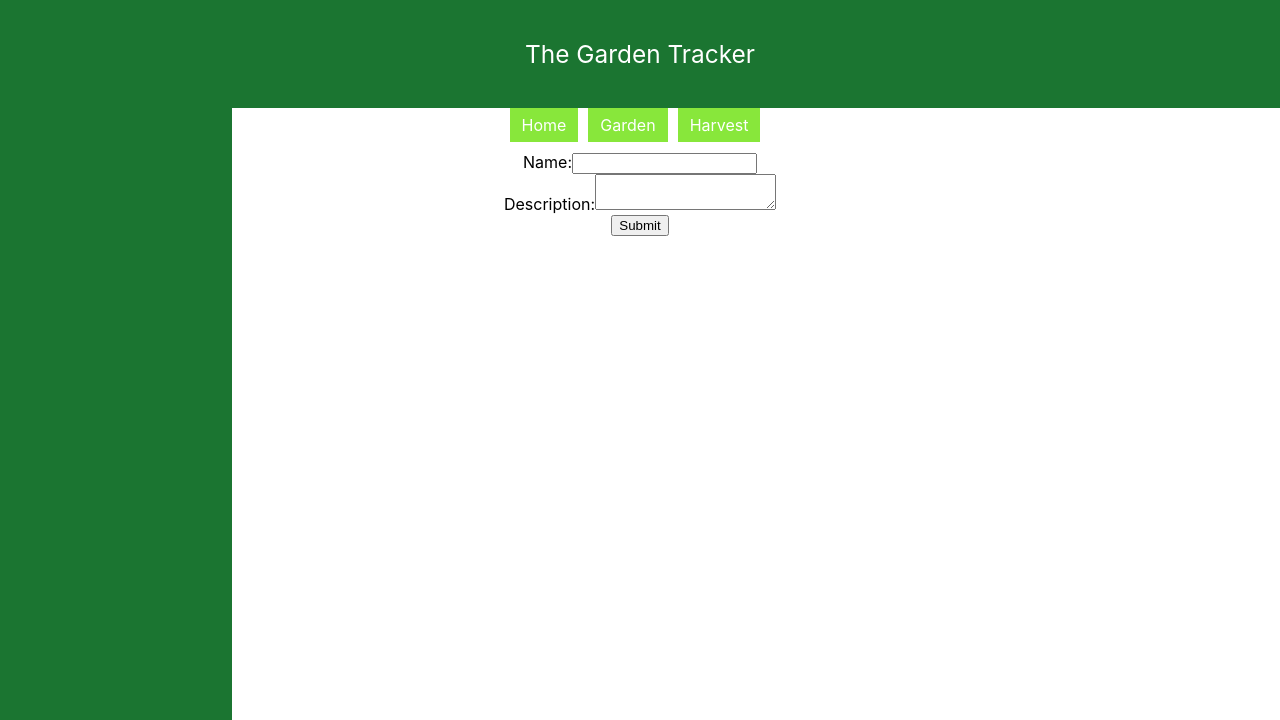
Repository: charliejp0311/ReactReduxFinal
Page: /garden (app in gardentracker/)
An editor plug-in stored every save of this project. The page is shown before and after the next save, followed by the edit.
The browser window is 1280 px wide. The pictures show the whole page.
The page's requests for data from a server got no answer. The project was rebuilt for these pictures with package versions that can differ from the ones it lists, and the page was loaded fresh each time. No one was signed in, and anything a server would have sent is missing. Also part of the build but not shown: gardentracker/src/containers/GardenbookContainer.js, gardentracker/src/components/GardenPlant.js, gardentracker/src/components/HarvestPlant.js, gardentracker/src/containers/HarvestContainer.js, gardentracker/src/components/UpdatePlantForm.js, gardentracker/src/components/NoteForm.js, gardentracker/src/components/noteList.js, gardentracker/src/containers/PlantContainer.js and 1 more.

Above is the page before, as saved 2020-11-12 10:57:03.

### gardentracker/src/index.js
import React from 'react';
import ReactDOM from 'react-dom';
//style
import './index.css';
//APP
import App from './containers/App';
//Reducer
import reducer from './redux/index'
//router
import { BrowserRouter } from "react-router-dom";
//store and middleware
import { Provider } from 'react-redux';
import { applyMiddleware, createStore } from 'redux';
import { composeWithDevTools } from 'redux-devtools-extension';
import thunk from 'redux-thunk';

const store = createStore(reducer, composeWithDevTools(
  applyMiddleware(thunk),
));


ReactDOM.render(
  <Provider store={store}>
    <BrowserRouter>
      <App />
    </BrowserRouter>
  </Provider>,
  document.getElementById('root')
);

### gardentracker/src/containers/App.js
import React,{Component} from 'react';
import '../App.css';
import { connect } from 'react-redux';
import {startSetGardenbook} from '../redux/actions';
import {Switch,Route} from 'react-router-dom';
import GardenbookContainer from './GardenbookContainer';
import GardenContainer from './GardenContainer';
import HarvestContainer from './HarvestContainer';
import PlantContainer from './PlantContainer';
import NavBar from '../components/Navbar';
import HarvestedPlant from '../components/HarvestedPlant';

class App extends Component {


  componentDidMount(){
    this.props.startSetGardenbook();

  };

  render(){
    return (
      <div className="App">
          <header className="App-header">
            The Garden Tracker
          </header>
          <NavBar />
          <Switch>
            <Route exact path='/' render={(props)=><GardenbookContainer {...props} />} />
            <Route exact path='/garden' render={(props)=><GardenContainer {...props} />}/>
            <Route exact path='/harvest' render={(props)=><HarvestContainer {...props}/>}/>
            <Route exact path='/plants/:id' render={(props)=><PlantContainer {...props}  />}/>
            <Route exact path='/harvested_plant/:id' render={props=><HarvestedPlant {...props} />} />
          </Switch>
      </div>
    );
  };
}

export default connect(null, {startSetGardenbook})(App);

### gardentracker/src/redux/index.js
import { combineReducers } from 'redux';
import garden from './GardenReducer'

export default combineReducers({
    garden
})

### gardentracker/src/App.css
.App {
  text-align: center;
  transition: margin-left .5s;
}

.App-logo {
  height: 40vmin;
  pointer-events: none;
}

/* @media (prefers-reduced-motion: no-preference) {
  .App-logo {
    animation: App-logo-spin infinite 20s linear;
  }
} */

.App-header {
  background-color: #1b7531;
  min-height: 15vh;
  display: flex;
  flex-direction: column;
  align-items: center;
  justify-content: center;
  font-size: calc(10px + 2vmin);
  color: white;
}
.sidenav {
  display: inline-block;
  height: 100%;
  width: 15%;
  position: fixed;
  z-index: 1;
  top: 0;
  left: 0;
  background-color: #1b7531;
  overflow-x: hidden;
  margin-top: 100px;
  /* padding-top: 1000px; */
  transition: 0.5s;
}

/* The navigation menu links */
.sidenav a {
  padding: 8px 8px 8px 32px;
  text-decoration: none;
  font-size: 25px;
  color: #818181;
  display: block;
  transition: 0.3s;
}

/* When you mouse over the navigation links, change their color */
.sidenav a:hover {
  color: #f1f1f1;
}

/* Position and style the close button (top right corner) */
.sidenav .closebtn {
  position: absolute;
  top: 0;
  right: 25px;
  font-size: 36px;
  margin-left: 50px;
}



/* On smaller screens, where height is less than 450px, change the style of the sidenav (less padding and a smaller font size) */
@media screen and (max-height: 450px) {
  .sidenav {
    padding-top: 15px;
  }

  .sidenav a {
    font-size: 18px;
  }
}

ul {
  list-style: none;
}

.garden div {
  column-count: auto;
  padding: 20px;

}
.App-link {
  color: #beebf8;
}

.garden {
  display: grid;
  grid-template-columns: 3fr;
  grid-template-rows: auto;
  grid-gap: 25px;
  padding-top: 10px;
  padding-bottom: 30px;
}

.plant {
  height: auto;
  width: auto;
  box-shadow: 10px 10px grey;
  padding: 10px;
  border-radius: 10px;
}
.navBar {
  border-bottom: '2px solid black';
  padding-bottom: '10px';
  margin-bottom: '12px';
  background: '#1b7531';
}

.navBar a:link,
.navBar a:visited {
  background-color: #88e73b;
  color: white;
  padding: 7px 12px;
  text-align: center;
  text-decoration: none;
  display: inline-block;
}

.navBar a:hover,
.navBar a:active {
  background-color: #1b7531;
}

@keyframes App-logo-spin {
  from {
    transform: rotate(0deg);
  }
  to {
    transform: rotate(360deg);
  }
}

### gardentracker/src/redux/actions.js

export const startSetGardenbook = () => {
    return(dispatch, getState)=>{
        fetch('http://localhost:3001/gardenbooks/1')
            .then(resp=>resp.json())
            .then(data=> dispatch(setGardenbook(data)))
    };
};

export const startAddPlant = (plantData={}) => {
    const {name,description,gardenbook_id} = plantData;
    const plant ={
        name,
        description,
        gardenbook_id,
    };
    let configObj = {
        method: "POST",
        headers: {
            "Content-Type": "application/json",
            "Accept": "application/json"
        },
        body: JSON.stringify(plant)
    };
    return (dispatch, getState) =>{
        fetch(`http://localhost:3001/plants`, configObj )
        .then(resp=>resp.json())
        .then(json=>dispatch(addPlant(json)))
    };
};

export const startUpdatePlant = (plantData={}) => {
    const {name,description,gardenbook_id, id, growing} = plantData;
    const plant ={
        id,
        name,
        description,
        gardenbook_id,
        growing,
    };
    let configObj = {
        method: "PATCH",
        headers: {
            "Content-Type": "application/json",
            "Accept": "application/json"
        },
        body: JSON.stringify(plant)
    };
    return (dispatch, getState) =>{
        fetch(`http://localhost:3001/plants/${plant.id}`, configObj )
        .then(resp=>resp.json())
        .then(json=>dispatch(updatePlant(json)))
    };
};

export const startDeletePlant = (plantData={}) => {
    const {name,description,gardenbook_id, id, growing} = plantData;
    const plant ={
        id,
        name,
        description,
        gardenbook_id,
        growing,
    };
    let configObj = {
        method: "DELETE",
        headers: {
            "Content-Type": "application/json",
            "Accept": "application/json"
        },
        body: JSON.stringify(plant)
    };
    return (dispatch, getState) =>{
        fetch(`http://localhost:3001/plants/${plant.id}`, configObj )
        .then(resp=>resp.json())
        .then(json=>dispatch(deletePlant(json)))
    };
};
export const startDeleteNote = (id = '') => {
    const note = {
        id: id,
    }
    let configObj = {
        method: "DELETE",
        headers: {
            "Content-Type": "application/json",
            "Accept": "application/json"
        },
        body: JSON.stringify(note),
    };
    return (dispatch, getState) =>{
        fetch(`http://localhost:3001/notes/${note.id}`, configObj )
        .then(resp=>resp.json())
        .then(json=>dispatch(deleteNote(json)))
    };
};

export const startAddNote = (noteData={}) => {
    const {note,plant_id,gardenbook_id,actionId} = noteData;
    const newNote ={
        note,
        plant_id,
        gardenbook_id,
        action_id: actionId
    };
    let configObj = {
        method: "POST",
        headers: {
            "Content-Type": "application/json",
            "Accept": "application/json"
        },
        body: JSON.stringify(newNote)
    };
    return (dispatch, getState) =>{
        fetch(`http://localhost:3001/notes`, configObj )
        .then(resp=>resp.json())
        .then(json=>dispatch(addNote(json)))
    };
};

export const setGardenbook = (book)=>{
    return{
        type: "SET_GARDENBOOK",
        book
    }
}


//PLANTS
export const addPlant = (plant) => {
    return {type: 'ADD_PLANT',plant}
}
export const updatePlant = (plant) =>{
    return {type: 'UPDATE_PLANT',plant}
}
export const deletePlant = (plant) => {
    return {type: 'DELETE_PLANT',plant}
}
export const harvestPlant = (plant) => {
    return {type: 'HARVEST_PLANT',plant}
}

////NOTES

export const addNote = (note) => {
    return {type: 'ADD_NOTE',note}
}
export const deleteNote = (note) => {
    return {type: 'DELETE_NOTE',note}
}

### gardentracker/src/containers/GardenContainer.js
import React,{Component} from 'react';
import {connect} from 'react-redux';
import  PlantForm  from "../components/PlantForm";
import  PlantList  from "../components/PlantList";
import {SideNav} from '../components/sideNav'


class GardenContainer extends Component{

    render(){
        const plant = {}
        return(
        <div className='garden'>
            {/* <SideNav key={this.props.id} /> */}
            {this.props.SideNav(this.props.garden)}
            <PlantForm plant={plant} gardenbook_id={this.props.id} />
            <PlantList garden={this.props.garden} notes={this.props.notes}/>
        </div>
        );
    };
};

const mapStateToProps = state => {
    return{
        id: state.garden.id,
        garden: state.garden.garden,
        notes: state.garden.notes
    }
}

export default connect(mapStateToProps,{SideNav})(GardenContainer);

### gardentracker/src/components/Navbar.js
import React from 'react';
import { NavLink } from 'react-router-dom';

const NavBar = () => {
  return (
    <div className='navBar'>
      <NavLink
        style={{ marginRight: '10px' }}
        to="/"
      >
        Home
      </NavLink>
      <NavLink
        style={{ marginRight: '10px' }}
        to="/garden"
      >
        Garden
      </NavLink>
      <NavLink
        style={{ marginRight: '10px' }}
        to="/harvest"
      >
        Harvest
      </NavLink>
    </div>
  );
}

export default NavBar;

### gardentracker/src/redux/GardenReducer.js
export default function garden (state = {
    id: '',
    garden: [],
    harvest: [],
    notes: [],
    actions: []
},action){
    switch (action.type) {
        case 'SET_GARDENBOOK':
            let parts = action.book.included
            let gl = []
            let hl = []
            let nl = []
            let al = []
            parts.forEach(part => {
                switch (part.type) {
                    case "action":
                        al.push(part.attributes)
                        break;
                    case "note":
                        nl.push(part.attributes)

                        break;
                    case "plant":
                        if(part.attributes.growing){
                            gl.push(part.attributes)
                        } else {
                            hl.push(part.attributes)
                        }
                        break;

                    default:
                        break;
                }
            });
            return {
                id: action.book.data.id,
                notes: nl,
                garden: gl,
                harvest: hl,
                actions: al,
            };

        case 'ADD_PLANT':
            return {
                ...state,
                garden: state.garden.concat({name: action.plant.name})
            };
        case 'UPDATE_PLANT':
            const plant = action.plant.data.attributes
            const {garden} = state
            const newG = garden.slice(0,plant.id-1)
            newG.push(plant, ...garden.slice(plant.id,garden.length))

            return {
                ...state,
                garden: newG,
            };
        case 'ADD_NOTE':
            const notesData = action.note.data
            const actionsData = action.note.included
            const actions = actionsData.map(action=>{return(action.attributes)})
            const notes = notesData.map(note=>{return(note.attributes)})
            return {
                ...state,
                notes: notes,
                actions: actions,
            };

        case 'DELETE_PLANT':
            const plants = action.plant.included;
            const freshGarden = plants.filter(plant=>plant.attributes.growing ? plant.attributes : null)

            return {
                ...state,
                garden: freshGarden.flat(),
            };
        case 'DELETE_NOTE':
            const allNotes = action.note.included;
            const ns = allNotes.map(note=>{return(note.attributes)});

            return {
                ...state,
                notes: ns,
            };

        case 'HARVEST_PLANT':
            let p = state.plants.filter(plant=>plant.name===action.plant.name) ;
            let inTheGarden = state.plants.filter(plant=>plant.name!==action.plant.name);
            return{
                ...state,
                plants: inTheGarden,
                harvest: state.harvest.concat(p),
            };

        default:
            return state;
    };
};

### gardentracker/src/components/plantForm.js
import React,{Component} from "react";
import { connect } from "react-redux";
import { startAddPlant } from '../redux/actions'
import {startSetGardenbook} from '../redux/actions';

class PlantForm extends Component {
    constructor(props){
        // console.log(props)
        super(props);
        this.state = {
            name: '',
            description: '',
        }
    }
    handleChange=e=>{
      switch (e.target.name) {
        case 'name':
            this.setState({
                ...this.state,
                name: e.target.value
            })
            break;
        case 'description':
            this.setState({
                ...this.state,
                description: e.target.value
            });
            break;
        default:
            break;
      };
    };

    handleSubmit=e=>{
        e.preventDefault();
        this.props.startAddPlant({...this.state, gardenbook_id: this.props.gardenbook_id})
        this.setState({
            ...this.state,
            name: "",
            description: "",
        });
        this.props.startSetGardenbook();
    };
    render(){
        return(
            <form onSubmit={this.handleSubmit}>
                <label htmlFor='name' >
                    Name:
                    <input type='text' name='name' onChange={this.handleChange} value={this.state.name}/>
                </label><br />
                <label htmlFor='description' >
                    Description:
                    <textarea name='description' onChange={this.handleChange} value={this.state.description}/>
                </label><br />
                <input type='submit' />
            </form>
        );
    };
};


export default connect(null,{startAddPlant, startSetGardenbook})(PlantForm);

### gardentracker/src/components/plantList.js
import React, { Component } from "react";
import {connect} from 'react-redux';
import GardenPlant from "./GardenPlant";
import HarvestPlant from "./HarvestPlant";

class PlantList extends Component{
    testHarvest(){
        let plants = []
        if (this.props.garden) {
            plants = this.props.garden.map(plant=><GardenPlant key={plant.id} plant={plant} />)
        }else{
            plants = this.props.harvest.map(plant=><HarvestPlant key={plant.id} plant={plant} />)
        }
        return plants;
    }

    render(){
        return(
            <div>{this.testHarvest()}</div>
        );
    };
};

export default connect(null)(PlantList);

### gardentracker/src/components/sideNav.js
import React from 'react';
import { Link } from 'react-router-dom';

export const SideNav=(pl)=>{
    const linkList = pl.map(plant=>{return(<Link to={`/plants/${plant.id}`} >{plant.name}</Link>)})
    ///i want this to be either the plant list in the garden or the plant list in the harvest
    //should ge as props a list of plant id's
    return(
        <div id='side-Bar' className='sidenav'>
            {linkList}
        </div>
    );
};

Loaded but not shown: gardentracker/public/index.html (common file); gardentracker/src/index.css (common file)

After the next save:
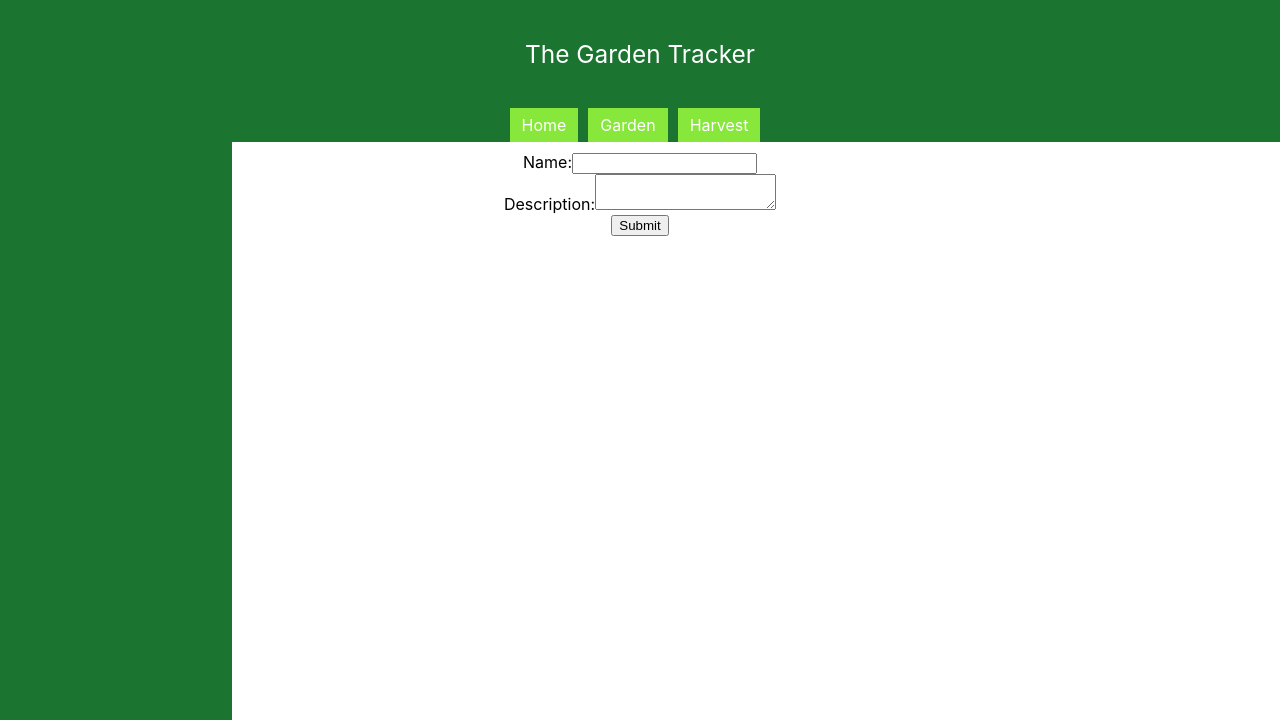
Saved 45 s later.
--- a/gardentracker/src/App.css
+++ b/gardentracker/src/App.css
@@ -109,7 +109,7 @@ ul {
   border-bottom: '2px solid black';
   padding-bottom: '10px';
   margin-bottom: '12px';
-  background: '#1b7531';
+  background: #1b7531;
 }
 
 .navBar a:link,
